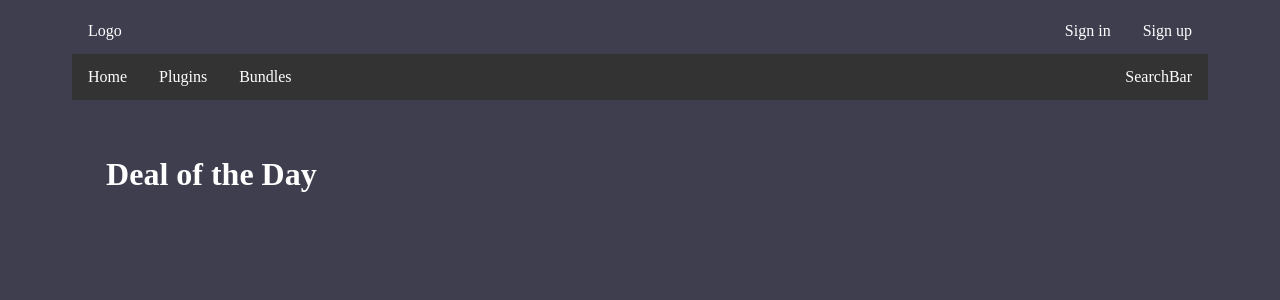
Repository: jigom11791/Wavez
Page: Wavez/Waves-Site/index.html
An editor plug-in stored every save of this project. The page is shown before and after the next save, followed by the edit.
The browser window is 1280 px wide. The pictures show the whole page.

Above is the page before, as saved 2020-10-30 18:10:22.

After the next save:
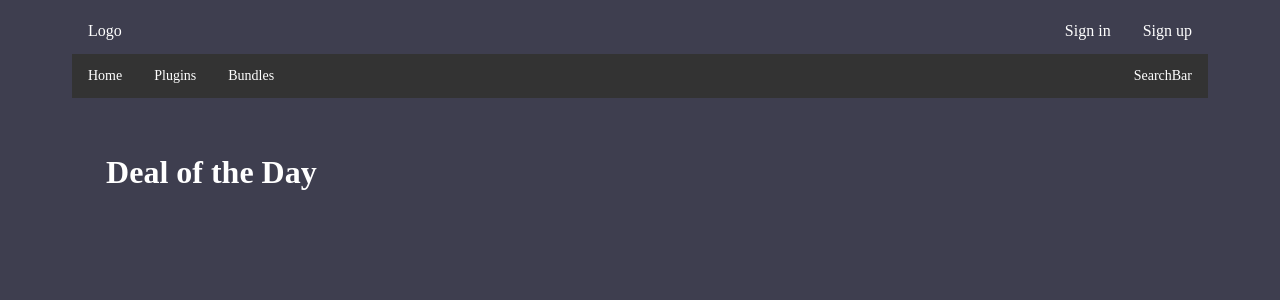
Saved 56 s later.
--- a/Wavez/Waves-Site/style.css
+++ b/Wavez/Waves-Site/style.css
@@ -17,6 +17,7 @@ ul.topnav, ul.header{
 }
 ul.topnav {
     background-color: #333;
+    font-size: 14px;
 }
 ul.topnav li, ul.header li{
     float: left;
